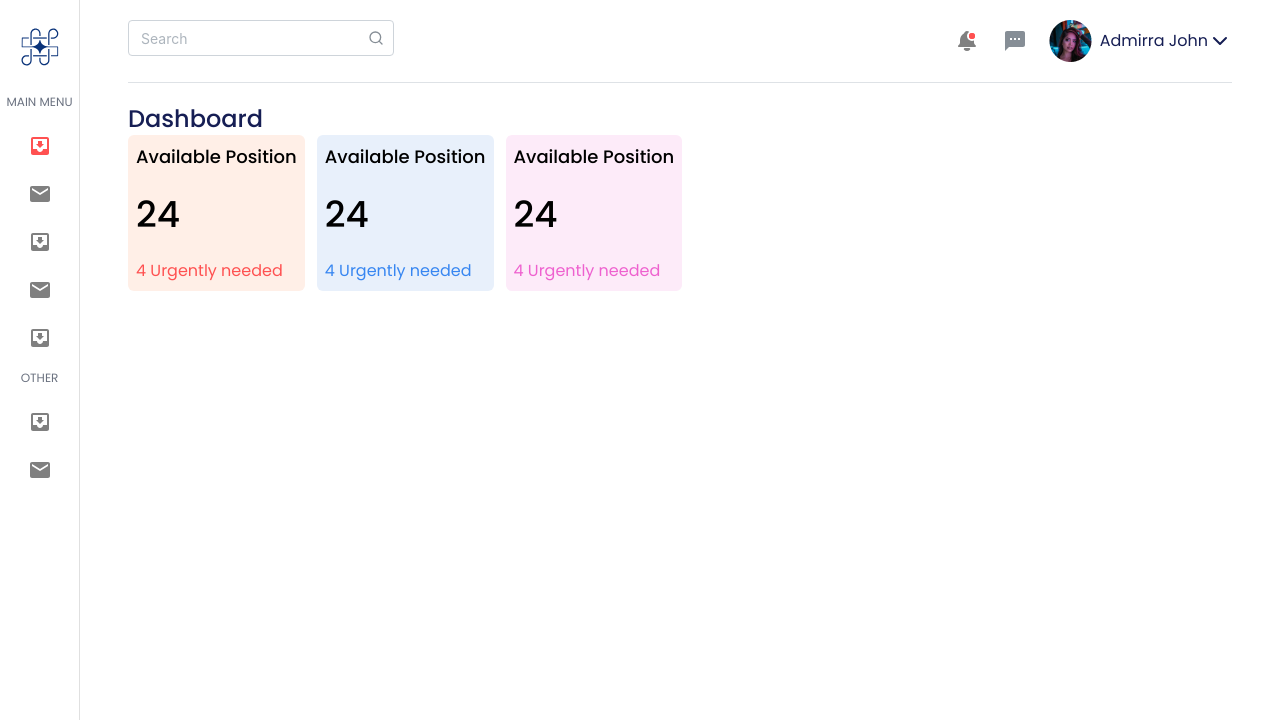
Repository: SatyaDewangan05/sample-dashboard
Page: /
The author's editor kept a copy of each file at every save. The page is drawn from the files as they stood at one save, then again after the next save.
The browser window is 1280 px wide. The pictures show the whole page.
The project was rebuilt for these pictures with package versions that can differ from the ones it lists, and the page was loaded fresh each time. The framework's server and built-in components were replaced by stand-ins that run in the browser. Also part of the build but not shown: next.config.mjs.

Above is the page before, as saved 2024-09-22 00:00:20.

### src/app/layout.js
import localFont from "next/font/local";
import "./globals.css";
import { MantineProvider } from "@mantine/core";
import "@mantine/core/styles.css";

const geistSans = localFont({
  src: "./fonts/GeistVF.woff",
  variable: "--font-geist-sans",
  weight: "100 900",
});
const geistMono = localFont({
  src: "./fonts/GeistMonoVF.woff",
  variable: "--font-geist-mono",
  weight: "100 900",
});

import { Poppins } from "next/font/google";
const poppins = Poppins({
  weight: ["400", "500", "600", "700"], // You can choose different weights like '300', '500' etc.
  subsets: ["latin"],
});

export const metadata = {
  title: "Create Next App",
  description: "Generated by create next app",
};

export default function RootLayout({ children }) {
  return (
    <html lang="en">
      <body className={`${poppins.className} antialiased bg-white`}>
        <MantineProvider>{children}</MantineProvider>
      </body>
    </html>
  );
}

### src/app/page.jsx
import Image from "next/image";
import MiniDrawer from "./components/Drawer";
import {
  ActionIcon,
  Anchor,
  Avatar,
  Divider,
  Indicator,
  TextInput,
  Title,
} from "@mantine/core";
import { Search } from "lucide-react";
import {
  IconBellFilled,
  IconChevronCompactDown,
  IconChevronDown,
} from "@tabler/icons-react";
import TextsmsIcon from "@mui/icons-material/Textsms";
import DP from "@/images/dp.png";
import ThreeData from "./components/card/ThreeData";

export default function Home() {
  return (
    <div className="flex">
      <MiniDrawer />
      <div className="w-full px-12">
        {/* Top Bar */}
        <div className="w-full py-5 flex justify-between">
          <TextInput placeholder="Search" rightSection={<Search size={16} />} />
          <div className="flex items-center gap-5">
            <ActionIcon
              variant="transparent"
              color="gray"
              // c="black"
              aria-label="Settings"
            >
              <Indicator color="#FF5151" offset={7} withBorder>
                <IconBellFilled color="gray" />
              </Indicator>
            </ActionIcon>
            <ActionIcon
              variant="transparent"
              color="gray"
              // c="black"
              aria-label="Settings"
            >
              <TextsmsIcon color="gray" />
            </ActionIcon>
            <div className="flex gap-2 items-center">
              <Image src={DP} />
              <Anchor
                href="https://mantine.dev/"
                target="_blank"
                underline="never"
                c="#161E54"
              >
                <div className="flex items-center">
                  Admirra John
                  <IconChevronDown />
                </div>
              </Anchor>
            </div>
          </div>
        </div>
        <Divider />

        <div className="w-full py-5">
          <p className="text-2xl font-medium text-[#161E54]">Dashboard</p>
          <div className="flex gap-3">
            <ThreeData
              heading="Available Position"
              figure={24}
              text="4 Urgently needed"
              bgColor="#FFEFE7"
              textColor="#FF5151"
            />
            <ThreeData
              heading="Available Position"
              figure={24}
              text="4 Urgently needed"
              bgColor="#E8F0FB"
              textColor="#3786F1"
            />
            <ThreeData
              heading="Available Position"
              figure={24}
              text="4 Urgently needed"
              bgColor="#FDEBF9"
              textColor="#EE61CF"
            />
          </div>
        </div>
      </div>
    </div>
  );
}

### src/app/globals.css
@tailwind base;
@tailwind components;
@tailwind utilities;

:root {
  --background: #ffffff;
  --foreground: #171717;
}

/* @media (prefers-color-scheme: dark) {
  :root {
    --background: #0a0a0a;
    --foreground: #ededed;
  }
} */

body {
  color: var(--foreground);
  background: var(--background);
  font-family: Arial, Helvetica, sans-serif;
}

@layer utilities {
  .text-balance {
    text-wrap: balance;
  }
}

@layer base {
  :root {
    --background: 0 0% 100%;
    --foreground: 0 0% 3.9%;
    --card: 0 0% 100%;
    --card-foreground: 0 0% 3.9%;
    --popover: 0 0% 100%;
    --popover-foreground: 0 0% 3.9%;
    --primary: 0 0% 9%;
    --primary-foreground: 0 0% 98%;
    --secondary: 0 0% 96.1%;
    --secondary-foreground: 0 0% 9%;
    --muted: 0 0% 96.1%;
    --muted-foreground: 0 0% 45.1%;
    --accent: 0 0% 96.1%;
    --accent-foreground: 0 0% 9%;
    --destructive: 0 84.2% 60.2%;
    --destructive-foreground: 0 0% 98%;
    --border: 0 0% 89.8%;
    --input: 0 0% 89.8%;
    --ring: 0 0% 3.9%;
    --chart-1: 12 76% 61%;
    --chart-2: 173 58% 39%;
    --chart-3: 197 37% 24%;
    --chart-4: 43 74% 66%;
    --chart-5: 27 87% 67%;
    --radius: 0.5rem;
  }
  .dark {
    --background: 0 0% 3.9%;
    --foreground: 0 0% 98%;
    --card: 0 0% 3.9%;
    --card-foreground: 0 0% 98%;
    --popover: 0 0% 3.9%;
    --popover-foreground: 0 0% 98%;
    --primary: 0 0% 98%;
    --primary-foreground: 0 0% 9%;
    --secondary: 0 0% 14.9%;
    --secondary-foreground: 0 0% 98%;
    --muted: 0 0% 14.9%;
    --muted-foreground: 0 0% 63.9%;
    --accent: 0 0% 14.9%;
    --accent-foreground: 0 0% 98%;
    --destructive: 0 62.8% 30.6%;
    --destructive-foreground: 0 0% 98%;
    --border: 0 0% 14.9%;
    --input: 0 0% 14.9%;
    --ring: 0 0% 83.1%;
    --chart-1: 220 70% 50%;
    --chart-2: 160 60% 45%;
    --chart-3: 30 80% 55%;
    --chart-4: 280 65% 60%;
    --chart-5: 340 75% 55%;
  }
}

@layer base {
  * {
    @apply border-border;
  }
  body {
    @apply bg-background text-foreground;
  }
}

### src/app/components/Drawer.jsx
"use client";

import { styled } from "@mui/material/styles";
import MuiDrawer from "@mui/material/Drawer";
import List from "@mui/material/List";
import IconButton from "@mui/material/IconButton";
import MenuIcon from "@mui/icons-material/Menu";

import ListItem from "@mui/material/ListItem";
import ListItemButton from "@mui/material/ListItemButton";
import ListItemIcon from "@mui/material/ListItemIcon";
import ListItemText from "@mui/material/ListItemText";
import InboxIcon from "@mui/icons-material/MoveToInbox";
import MailIcon from "@mui/icons-material/Mail";
import { useState } from "react";
import Image from "next/image";

import Logo from "@/images/logo.svg";
import LogoWithName from "@/images/logo_with_name.png";

const drawerWidth = 220;

const openedMixin = (theme) => ({
  width: drawerWidth,
  transition: theme.transitions.create("width", {
    easing: theme.transitions.easing.sharp,
    duration: theme.transitions.duration.enteringScreen,
  }),
  overflowX: "hidden",
});

const closedMixin = (theme) => ({
  transition: theme.transitions.create("width", {
    easing: theme.transitions.easing.sharp,
    duration: theme.transitions.duration.leavingScreen,
  }),
  overflowX: "hidden",
  width: "80px",
  [theme.breakpoints.up("sm")]: {
    width: "80px",
  },
});

const DrawerHeader = styled("div")(({ theme }) => ({
  display: "flex",
  alignItems: "center",
  justifyContent: "center",
  padding: "20px",
  // necessary for content to be below app bar
  ...theme.mixins.toolbar,
}));

const Drawer = styled(MuiDrawer, {
  shouldForwardProp: (prop) => prop !== "open",
})(({ theme }) => ({
  width: drawerWidth,
  flexShrink: 0,
  whiteSpace: "nowrap",
  boxSizing: "border-box",
  variants: [
    {
      props: ({ open }) => open,
      style: {
        ...openedMixin(theme),
        "& .MuiDrawer-paper": openedMixin(theme),
      },
    },
    {
      props: ({ open }) => !open,
      style: {
        ...closedMixin(theme),
        "& .MuiDrawer-paper": closedMixin(theme),
      },
    },
  ],
}));

export default function MiniDrawer() {
  const [open, setOpen] = useState(false);

  const [active, setActive] = useState("Dashboard");

  return (
    <Drawer variant="permanent" open={open}>
      <DrawerHeader>
        <IconButton onClick={() => setOpen((prevState) => !prevState)}>
          {open ? (
            <Image src={LogoWithName} alt="Images" />
          ) : (
            <Image className="mx-auto" src={Logo} alt="Images" />
          )}
        </IconButton>
      </DrawerHeader>
      <p
        className={`h-5 uppercase text-xs  text-gray-500 ${
          open ? "pl-5" : "text-center"
        }`}
      >
        Main Menu
      </p>
      <List>
        {["Dashboard", "Recruitment", "Schedule", "Employee", "Department"].map(
          (text, index) => (
            <ListItem key={text} disablePadding sx={{ display: "block" }}>
              <ListItemButton
                sx={[
                  {
                    minHeight: 48,
                    px: 2,
                    color: active === text ? "#FF5151" : "unset",
                  },
                  open
                    ? {
                        justifyContent: "initial",
                      }
                    : {
                        justifyContent: "center",
                      },
                ]}
                onClick={() => setActive(text)}
              >
                <ListItemIcon
                  sx={[
                    {
                      //   minWidth: 0,
                      justifyContent: "center",
                      color: active === text ? "#FF5151" : "gray",
                    },
                    open
                      ? {
                          mr: 2,
                        }
                      : {
                          mx: "auto",
                        },
                  ]}
                >
                  {index % 2 === 0 ? <InboxIcon /> : <MailIcon />}
                </ListItemIcon>
                <ListItemText
                  primary={text}
                  sx={[
                    open
                      ? {
                          opacity: 1,
                        }
                      : {
                          opacity: 0,
                        },
                  ]}
                />
              </ListItemButton>
            </ListItem>
          )
        )}
      </List>
      <p
        className={`h-5 uppercase text-xs text-gray-500 ${
          open ? " pl-5" : "text-center"
        }`}
      >
        Other
      </p>
      <List>
        {["Support", "Settings"].map((text, index) => (
          <ListItem key={text} disablePadding sx={{ display: "block" }}>
            <ListItemButton
              sx={[
                {
                  minHeight: 48,
                  px: 2,
                },
                open
                  ? {
                      justifyContent: "initial",
                    }
                  : {
                      justifyContent: "center",
                    },
              ]}
              onClick={() => setActive(text)}
            >
              <ListItemIcon
                sx={[
                  {
                    justifyContent: "center",
                    color: active === text ? "#FF5151" : "gray",
                  },
                  open
                    ? {
                        mr: 2,
                      }
                    : {
                        mx: "auto",
                      },
                ]}
              >
                {index % 2 === 0 ? <InboxIcon /> : <MailIcon />}
              </ListItemIcon>
              <ListItemText
                primary={text}
                sx={[
                  open
                    ? {
                        opacity: 1,
                      }
                    : {
                        opacity: 0,
                      },
                ]}
              />
            </ListItemButton>
          </ListItem>
        ))}
      </List>
    </Drawer>
  );
}

### src/app/components/card/ThreeData.jsx
const ThreeData = ({ heading, figure, text, bgColor, textColor }) => {
  return (
    <div
      className="p-2 rounded-md flex flex-col gap-4"
      style={{ backgroundColor: bgColor ? bgColor : "gray" }}
    >
      <p className="text-lg font-medium">{heading}</p>
      <p className="text-[36px] font-medium">{figure}</p>
      <p
        className="text-base"
        style={{ color: textColor ? textColor : "white" }}
      >
        {text}
      </p>
    </div>
  );
};

export default ThreeData;

Loaded but not shown: tailwind.config.js (common file)

After the next save:
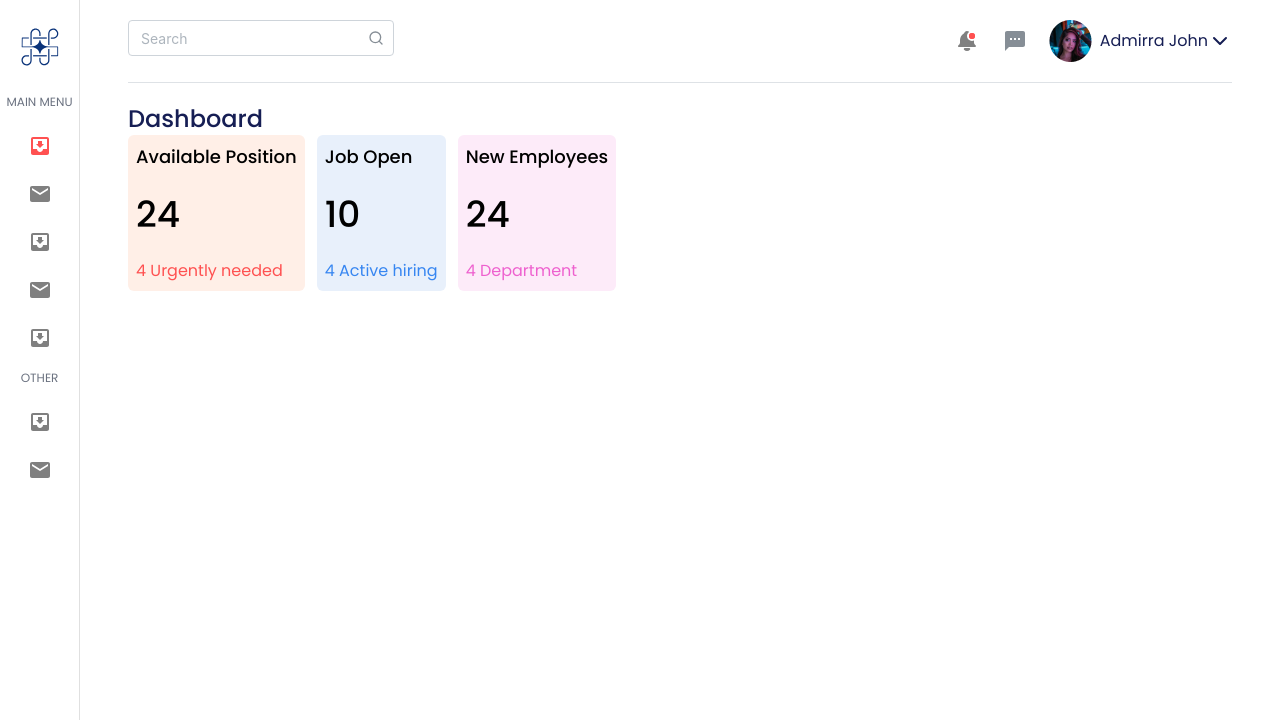
Saved 37 s later.
--- a/src/app/page.jsx
+++ b/src/app/page.jsx
@@ -75,16 +75,16 @@ export default function Home() {
               textColor="#FF5151"
             />
             <ThreeData
-              heading="Available Position"
-              figure={24}
-              text="4 Urgently needed"
+              heading="Job Open"
+              figure={10}
+              text="4 Active hiring"
               bgColor="#E8F0FB"
               textColor="#3786F1"
             />
             <ThreeData
-              heading="Available Position"
+              heading="New Employees"
               figure={24}
-              text="4 Urgently needed"
+              text="4 Department"
               bgColor="#FDEBF9"
               textColor="#EE61CF"
             />
